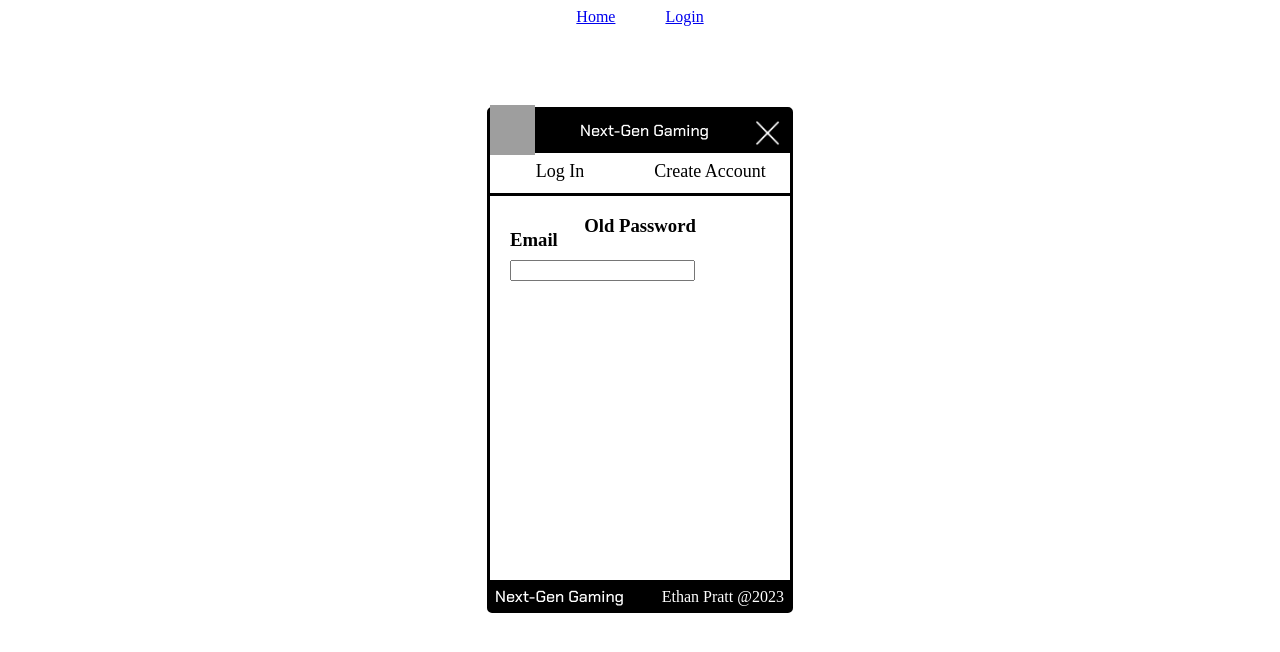
Repository: ghend99/login-page
Page: /change
An editor plug-in stored every save of this project. The page is shown before and after the next save, followed by the edit.
The browser window is 1280 px wide. The pictures show the whole page.
Pictures or frames that could not be fetched are drawn as grey boxes. The project was rebuilt for these pictures with package versions that can differ from the ones it lists, and the page was loaded fresh each time. Also part of the build but not shown: src/css/Create2.css, src/pages/Home.tsx, src/config/firebase.ts, src/pages/Login.tsx, src/css/Create.css, src/pages/Create.tsx, src/pages/Create2.tsx.

Above is the page before, as saved 2023-02-15 14:42:17.

After the next save:
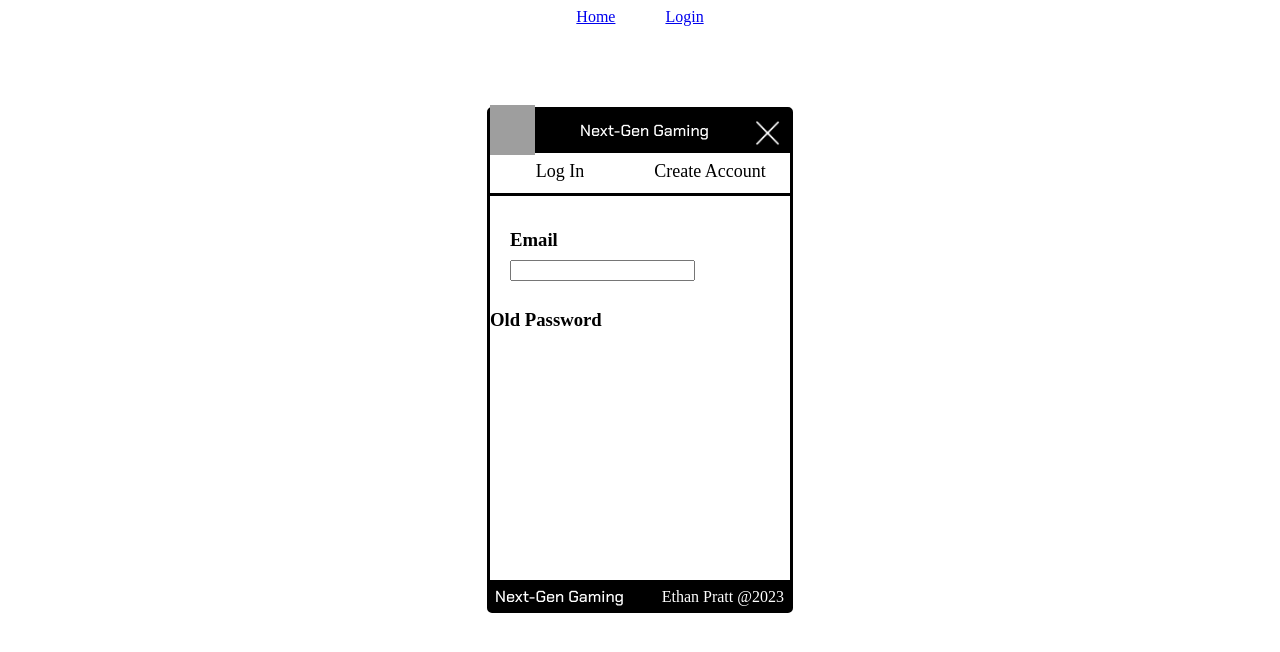
Saved 14 s later.
--- a/src/css/Change.css
+++ b/src/css/Change.css
@@ -26,4 +26,8 @@
   left: 20px;
 }
 
-.chan
+.change-title--old-password {
+  position: absolute;
+  display: flex;
+  top: 180px;
+}
